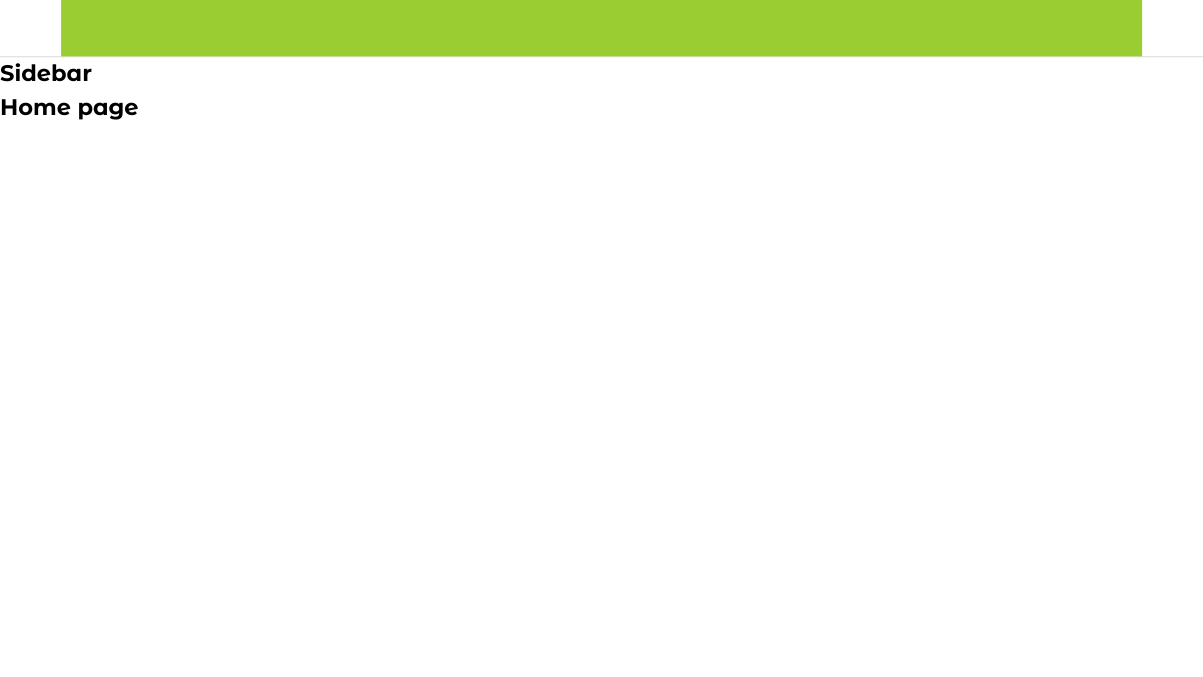
Repository: thinh909thinh/tiktok
Page: /
An editor plug-in stored every save of this project. The page is shown before and after the next save, followed by the edit.
The browser window is 1280 px wide. The pictures show the whole page, at 94% of full size.
The project was rebuilt for these pictures with package versions that can differ from the ones it lists, and the page was loaded fresh each time. Also part of the build but not shown: src/components/Layout/HeaderOnly/index.js, src/pages/Followwing/index.js, src/pages/Profile/index.js, src/pages/Upload/index.js, src/pages/Seach/index.js.

Above is the page before, as saved 2022-08-26 14:06:59.

After the next save:
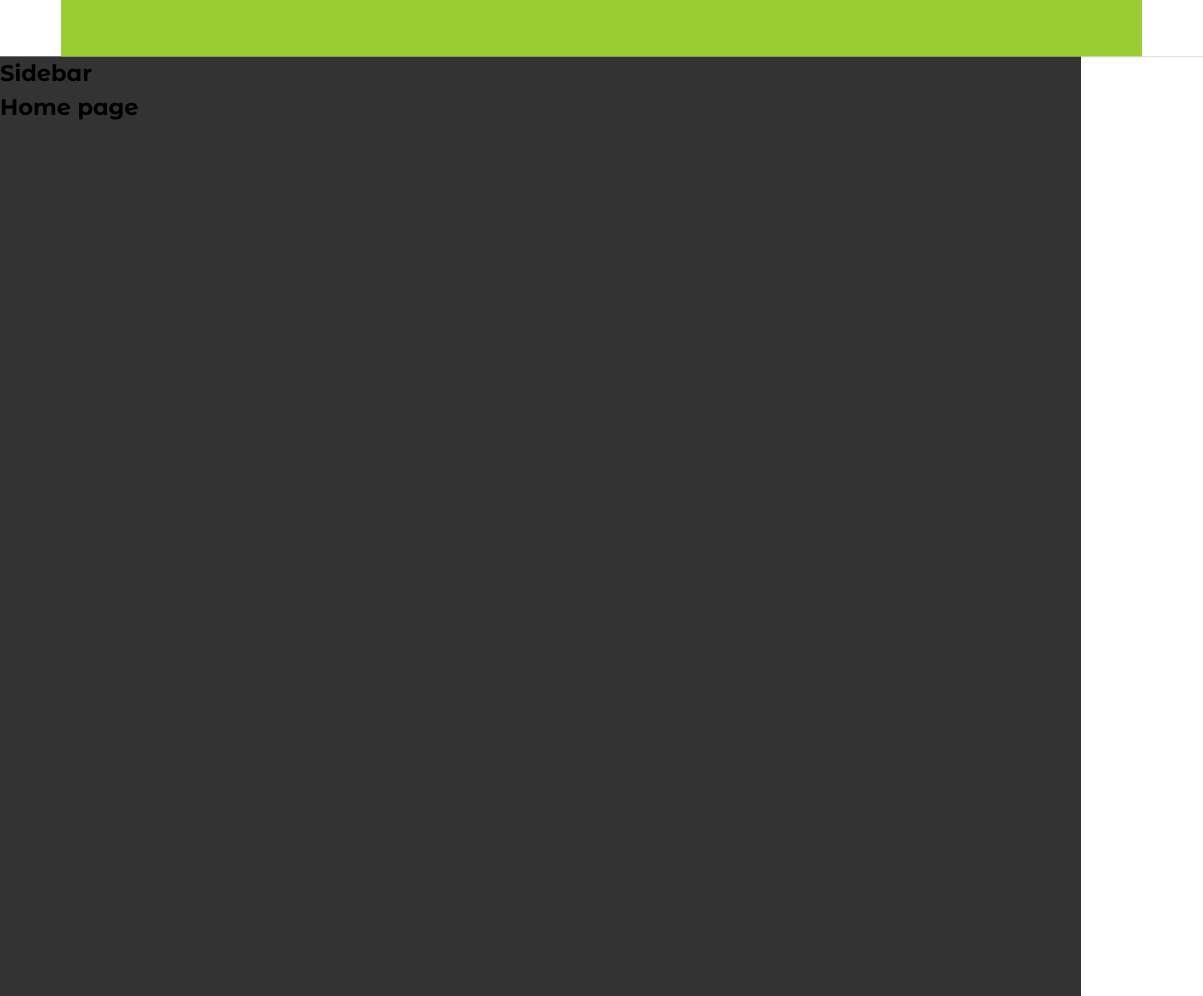
Saved 56 s later.
--- a/src/components/Layout/DefaultLayout/DefaultLayout.module.scss
+++ b/src/components/Layout/DefaultLayout/DefaultLayout.module.scss
@@ -3,3 +3,8 @@
     justify-content: center;
     background-color: #337;
 }
+.container {
+    width: 1150px;
+    min-height: 1000px;
+    background-color: #333;
+}
